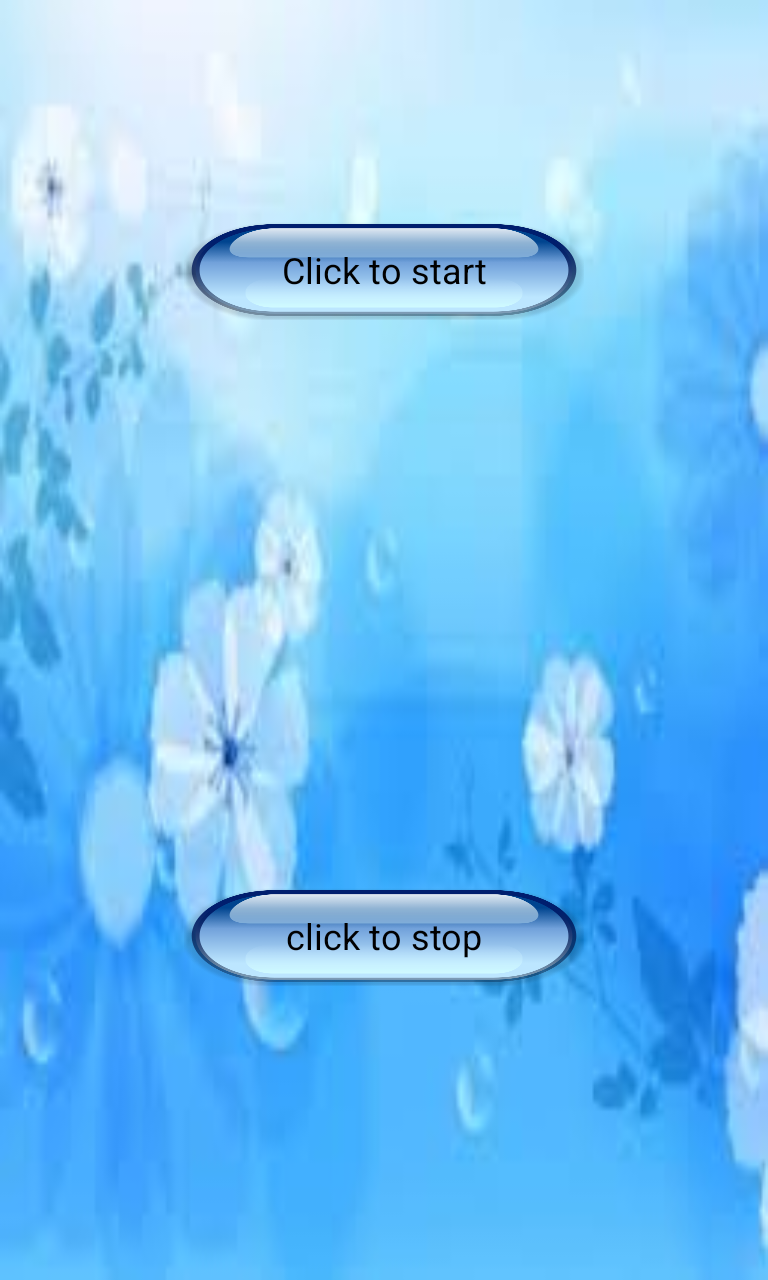
Repository: Shruthi06/designed-droid
Layout: service_demo/res/layout/activity_main.xml
The author's editor kept a copy of each file at every save. The layout is drawn from the files as they stood at one save, then again after the next save.
It is drawn on a 768 x 1280 px phone screen (xhdpi) without system bars, with theme AppTheme; the app's code is not run.

Above is the layout before, as saved 2016-02-15 13:30:22.

### service_demo/res/layout/activity_main.xml
<RelativeLayout xmlns:android="http://schemas.android.com/apk/res/android"
    xmlns:tools="http://schemas.android.com/tools"
    android:layout_width="match_parent"
    android:layout_height="match_parent"
    android:paddingBottom="@dimen/activity_vertical_margin"
    android:paddingLeft="@dimen/activity_horizontal_margin"
    android:paddingRight="@dimen/activity_horizontal_margin"
    android:paddingTop="@dimen/activity_vertical_margin"
    android:background="@drawable/bck1"
    tools:context=".MainActivity" >

    <Button
        android:id="@+id/buttonstop"
        android:layout_width="150dp"
        android:layout_height="50dp"
        android:layout_alignLeft="@+id/buttonstart"
        android:layout_alignParentBottom="true"
        android:layout_alignRight="@+id/buttonstart"
        android:layout_marginBottom="131dp"
        android:background="@drawable/button"
        android:text="click to stop" />

    <Button
        android:id="@+id/buttonstart"
        style="@drawable/ic_launcher"
        android:layout_width="200dp"
        android:layout_height="50dp"
        android:layout_alignParentTop="true"
        android:layout_centerHorizontal="true"
        android:layout_marginTop="94dp"
        android:background="@drawable/button"
        android:text="Click to start" />

</RelativeLayout>

Loaded but not shown: service_demo/res/values/styles.xml (common file); service_demo/res/values-v11/styles.xml (common file); service_demo/res/values-v14/styles.xml (common file); service_demo/res/values/dimens.xml (common file)

After the next save:
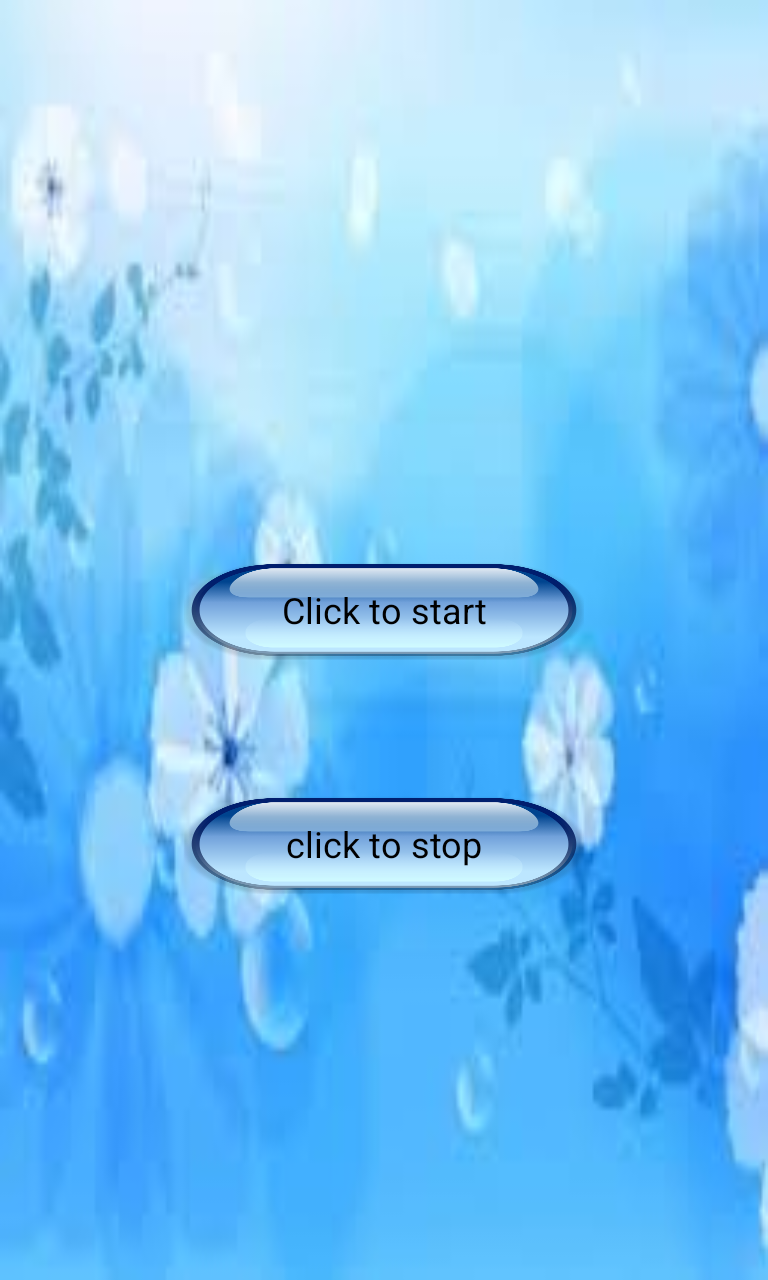
Saved 75 s later.
--- a/service_demo/res/layout/activity_main.xml
+++ b/service_demo/res/layout/activity_main.xml
@@ -10,25 +10,25 @@
     tools:context=".MainActivity" >
 
     <Button
+        android:id="@+id/buttonstart"
+        style="@drawable/ic_launcher"
+        android:layout_width="200dp"
+        android:layout_height="50dp"
+        android:layout_above="@+id/buttonstop"
+        android:layout_centerHorizontal="true"
+        android:layout_marginBottom="67dp"
+        android:background="@drawable/button"
+        android:text="Click to start" />
+
+    <Button
         android:id="@+id/buttonstop"
         android:layout_width="150dp"
         android:layout_height="50dp"
         android:layout_alignLeft="@+id/buttonstart"
         android:layout_alignParentBottom="true"
         android:layout_alignRight="@+id/buttonstart"
-        android:layout_marginBottom="131dp"
+        android:layout_marginBottom="177dp"
         android:background="@drawable/button"
         android:text="click to stop" />
 
-    <Button
-        android:id="@+id/buttonstart"
-        style="@drawable/ic_launcher"
-        android:layout_width="200dp"
-        android:layout_height="50dp"
-        android:layout_alignParentTop="true"
-        android:layout_centerHorizontal="true"
-        android:layout_marginTop="94dp"
-        android:background="@drawable/button"
-        android:text="Click to start" />
-
 </RelativeLayout>
